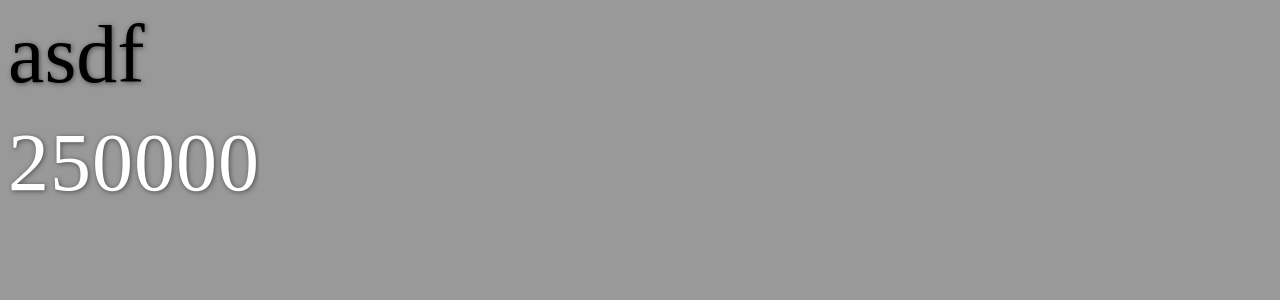
Repository: LOUISINTERNET/bounty
Page: examples/index.html
An editor plug-in stored every save of this project. The page is shown before and after the next save, followed by the edit.
The browser window is 1280 px wide. The pictures show the whole page.
Some web fonts or font styles are not loaded; a fallback is used.

Above is the page before, as saved 2022-01-25 14:21:22.

### examples/index.html
<!doctype html>
<html lang="en">

<head>
  <meta charset="utf-8">
  <title>bounty</title>
  <meta http-equiv="X-UA-Compatible" content="IE=edge,chrome=1">
  <meta name="author" content="Coderitual">
  <meta name="description" content="Canvas 2d odometer effect">
  <meta name="viewport" content="width=device-width, minimum-scale=1.0, initial-scale=1.0, user-scalable=yes">
  <style type="text/css">
    @font-face {
      font-family: 'ITV Reem';
      src: url(assets/itvreem.woff) format('woff');
    }

    @font-face {
      font-family: 'WH Hoxton';
      src: url(assets/WHHoxtonWeb-Regular.woff) format('woff');
    }

    body {
      background-color: #999;
      font-family: 'WH Hoxton';
      font-size: 82px;
      text-shadow: 1px 1px 5px rgba(0, 0, 0, 0.5);
      fill: #fff;
    }
  </style>
</head>

<body>
  asdf
  <div class="js-bounty"></div>
  <script src="../lib/bounty.js"></script>
  <script>
    bounty.default({ el: '.js-bounty', value: '250000', rotations: '3' })
  </script>
</body>

</html>

Loaded but not shown: lib/bounty.js (library)

After the next save:
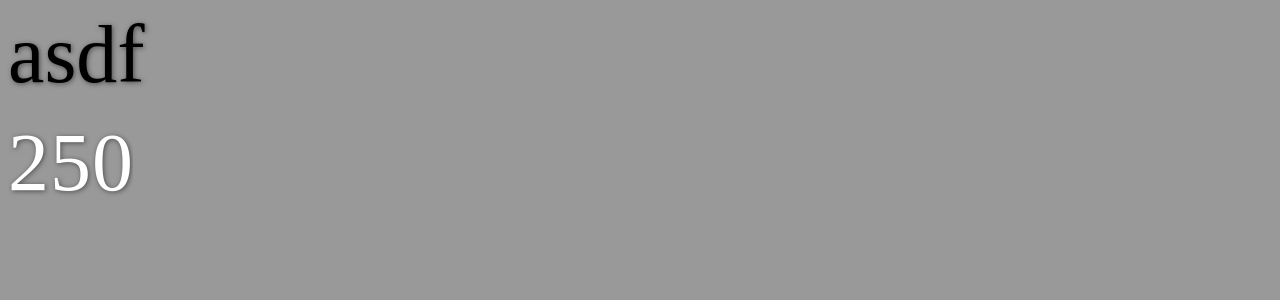
Saved 4 min 2 s later.
--- a/examples/index.html
+++ b/examples/index.html
@@ -34,7 +34,7 @@
   <div class="js-bounty"></div>
   <script src="../lib/bounty.js"></script>
   <script>
-    bounty.default({ el: '.js-bounty', value: '250000', rotations: '3' })
+    bounty.default({ el: '.js-bounty', value: '250', rotations: '3' })
   </script>
 </body>
 

After the save that followed:
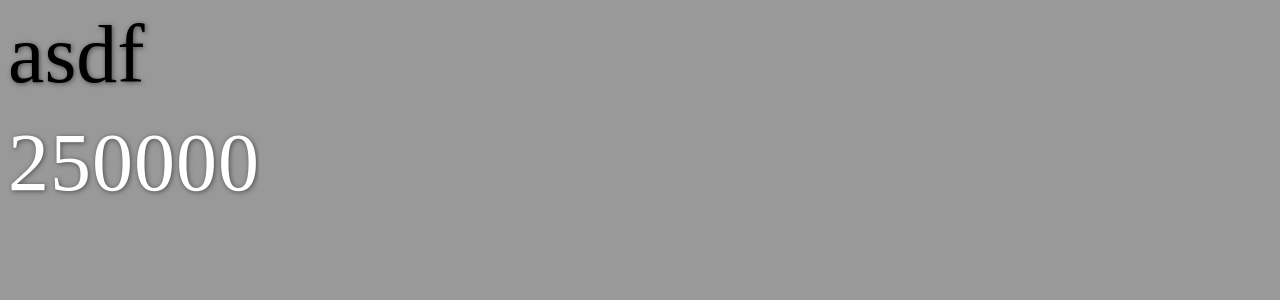
Saved 28 s later.
--- a/examples/index.html
+++ b/examples/index.html
@@ -34,7 +34,7 @@
   <div class="js-bounty"></div>
   <script src="../lib/bounty.js"></script>
   <script>
-    bounty.default({ el: '.js-bounty', value: '250', rotations: '3' })
+    bounty.default({ el: '.js-bounty', value: '250000', rotations: '3' })
   </script>
 </body>
 
